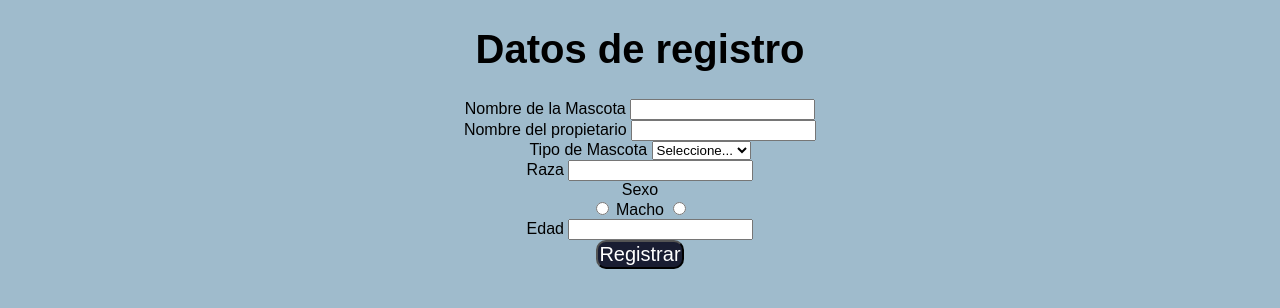
Repository: dimhernandezca/app-arquitectura-enlanube
Page: http://localhost/register_page
The author's editor kept a record of every edit. The page is drawn from the files as they stood at one moment, then again after the next edit.
The browser window is 1280 px wide. The pictures show the whole page.
The page is served by the project's application, run on Flask 3 (server.py).

Above is the page before.

After the next edit:
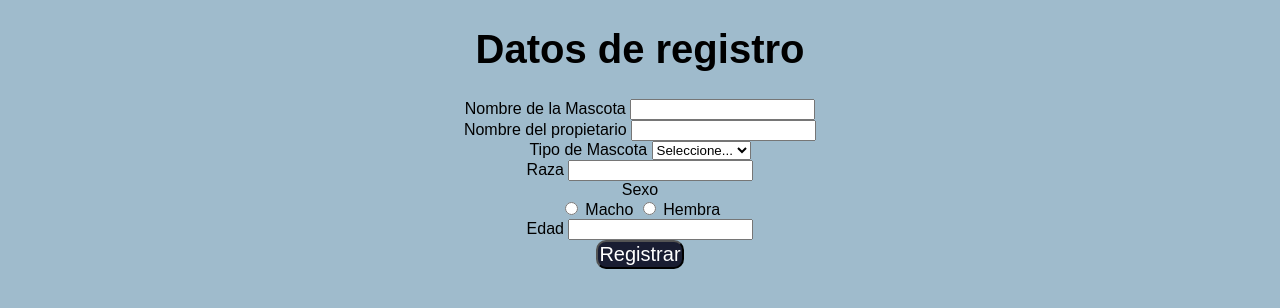
The edit:
--- a/templates/register.html
+++ b/templates/register.html
@@ -37,7 +37,7 @@
                 <label for="sexoMacho">Macho</label>
 
                 <input type="radio" id="sexoHembra" name="sexo" value="hembra" required>
-                <label for="sexoHembra"></label>
+                <label for="sexoHembra">Hembra</label></label>
             </div>
         </div>
         <div class="form-group">
